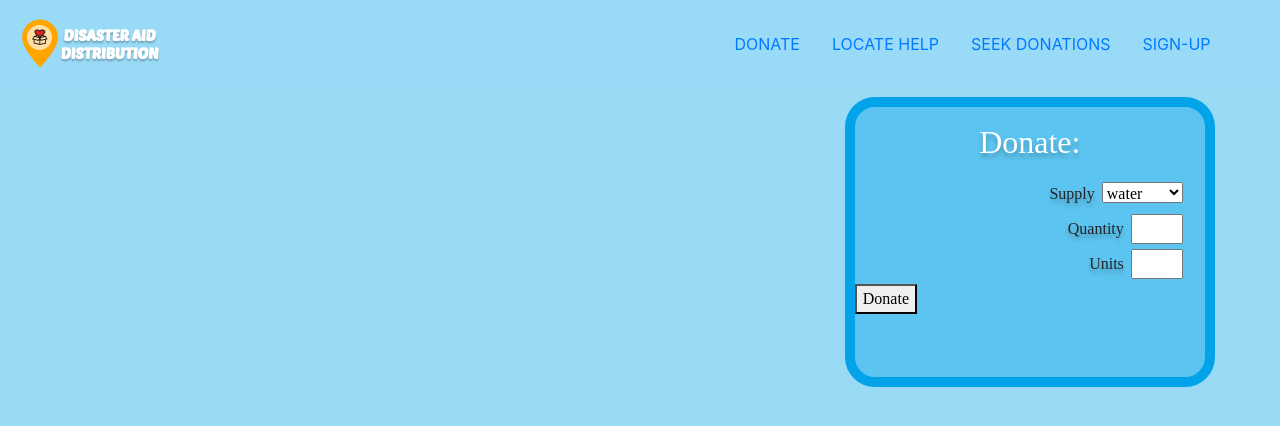
Repository: uprm-inso-4115-2019-2020-S2/semester-project-inso4115-DisasterAid-backend
Page: /donate-modal (app in disaster-aid/)
An editor plug-in stored every save of this project. The page is shown before and after the next save, followed by the edit.
The browser window is 1280 px wide. The pictures show the whole page.
The project was rebuilt for these pictures with package versions that can differ from the ones it lists, and the page was loaded fresh each time. Also part of the build but not shown: disaster-aid/angular.json, disaster-aid/src/app/login/login.component.ts, disaster-aid/src/app/register/register.component.ts, disaster-aid/src/app/home/home.component.ts, disaster-aid/src/app/landing-page/landing-page.component.ts, disaster-aid/src/app/donations/donations.component.ts, disaster-aid/src/app/donations.service.ts.

Above is the page before, as saved 2020-05-08 04:30:40.

### disaster-aid/src/index.html
<!doctype html>
<html lang="en">
<head>
  <meta charset="utf-8">
  <title>DisasterAid</title>
  <base href="/">
  <meta name="viewport" content="width=device-width, initial-scale=1">
  <link rel="icon" type="image/x-icon" href="favicon.ico">
</head>
<body>
  <app-root></app-root>
</body>
</html>

### disaster-aid/src/styles.css
/* You can add global styles to this file, and also import other style files */

html { background-color:rgba(2, 163, 232, 0.4); }

### disaster-aid/src/app/app.module.ts
import { BrowserModule } from '@angular/platform-browser';
import { NgModule } from '@angular/core';
import { FormsModule, ReactiveFormsModule } from '@angular/forms';



import { AppRoutingModule } from './app-routing.module';
import { AppComponent } from './app.component';
import { RegisterComponent } from './register/register.component';
import { LoginComponent } from './login/login.component';
import { HttpClientModule } from '@angular/common/http';
import { HomeComponent } from './home/home.component'
import { UserApiService } from './userapi.service';
import { LandingPageComponent } from './landing-page/landing-page.component';
import { DonationsComponent } from './donations/donations.component';


@NgModule({
  declarations: [
    AppComponent,
    RegisterComponent,
    LoginComponent,
    HomeComponent,
    LandingPageComponent,
    DonationsComponent,
  ],
  imports: [
    BrowserModule,
    AppRoutingModule,
    FormsModule,
    ReactiveFormsModule,
    HttpClientModule
  ],
  providers: [UserApiService],
  bootstrap: [AppComponent]
})
export class AppModule { }

### disaster-aid/src/app/app-routing.module.ts
import { NgModule } from '@angular/core';
import { Routes, RouterModule } from '@angular/router';
import {LoginComponent} from './login/login.component';
import { RegisterComponent } from './register/register.component';
import { HomeComponent } from './home/home.component';
import { LandingPageComponent } from './landing-page/landing-page.component';
import { DonationsComponent } from './donations/donations.component';
import { DonateModalComponent} from './donate-modal/donate-modal.component';


const routes: Routes = [
  { path: '', redirectTo: '/landing_page', pathMatch: 'full'}, //Make home the default landing page
  { path: 'register', component: RegisterComponent},
  { path: 'login', component: LoginComponent },
  { path: 'home', component: HomeComponent},
  { path: 'landing_page', component: LandingPageComponent },
  { path: 'my-donations', component: DonationsComponent },
  { path: 'donate-modal', component: DonateModalComponent},

];

@NgModule({
  imports: [RouterModule.forRoot(routes)],
  exports: [RouterModule]
})
export class AppRoutingModule { }

### disaster-aid/src/app/app.component.ts
import { Component } from '@angular/core';

@Component({
  selector: 'app-root',
  templateUrl: './app.component.html',
  styleUrls: ['./app.component.css']
})
export class AppComponent {
  title = 'disaster-aid';
}

### disaster-aid/src/app/userapi.service.ts
import { Injectable } from '@angular/core';
import { HttpClient, HttpErrorResponse, HttpHeaders } from '@angular/common/http';
import { User } from './user';
import { Observable, throwError } from 'rxjs';
import { catchError } from 'rxjs/operators';


@Injectable({
  providedIn: 'root'
})
export class UserApiService {

  constructor(private httpClient:HttpClient) { }

  private _handleError(error: HttpErrorResponse | any) {
    let data = {};
                data = {
                    reason: error && error.error.reason ? error.error.reason : '',
                    status: error.status
                };
                console.error(data);
                return throwError(error);
  }

    public server:String = " http://localhost:5000/";

   public getUsers() : Observable<User[]> {
     return this.httpClient
     .get<User[]>(this.server + "DAD/users")
     .pipe(catchError (this._handleError));
   }

   public getUser(userID : String): Observable<User> {
    return this.httpClient
    .get<User>(this.server + `DAD/users/${userID}`)
    .pipe(catchError (this._handleError));
  }

  public createUser(user: User): Observable<any> {

    const httpOptions = {
      headers: new HttpHeaders ({
        'Content-Type':'application/json',
        'Accept': 'application/json'
      })
    };
    return this.httpClient
    .post(this.server + "DAD/users", user, httpOptions)
    .pipe(catchError (this._handleError));;
  }


}

### disaster-aid/src/app/donate-modal/donate-modal.component.ts
import { Component, OnInit } from '@angular/core';

@Component({
  selector: 'app-donate-modal',
  templateUrl: './donate-modal.component.html',
  styleUrls: ['./donate-modal.component.css']
})
export class DonateModalComponent implements OnInit {

  constructor() { }

  ngOnInit(): void {
  }

}

### disaster-aid/src/app/donate-modal/donate-modal.component.html
<nav class="navbar navbar-light" style="background-color: rgba(2, 163, 232, 0.4);">
    <a class="navbar-brand mr-1" href="#"><img src="/assets/DAD_logo.png" style="width: 50%;"></a>
    <ul class="nav navbar-justified navbar-right ml-auto" style="margin-right: 3%;">
        <li class="nav-item">
            <a class="nav-link menuItem" routerLink="/my-donations"  >DONATE</a>
        </li>
        <li class="nav-item">
            <a class="nav-link menuItem"  href="#">LOCATE HELP</a>
        </li>
        <li class="nav-item">
            <a class="nav-link menuItem" href="#">SEEK DONATIONS</a>
        </li>
        <li class="nav-item">
            <a class="nav-link menuItem"  routerLink="/register" routerLinkActive="active">SIGN-UP</a>
        </li>
    </ul>
</nav>

<div class="donateBox">
    <p style="font-size: xx-large; text-align: center; padding-top: 3%; color: white;">Donate:</p>
    <!-- <form [formGroup]="loginForm" (ngSubmit)="onSubmit(loginForm.value)"> -->
        <div style="text-align: right; padding-right: 22px;">
            <div>
                <label for="Supply" style="padding-right: 7px;">Supply</label>
                <select id="supply" name="supply">
                    <option value="water">water</option>
                    <option value="food">food</option>
                    <option value="medicine">medicine</option>
                    <option value="clothing">clothing</option>

                </select>
            </div>
            <div>
                <label for="quantity" style="padding-right: 7px;">Quantity</label>
                <input type="number" id="quantity" name="quantity" min="1" max="5">
            </div>
            <div>
                <label for="units" style="padding-right: 7px;">Units</label>
                <input type="number" id="quantity" name="quantity" min="1" max="5">
            </div>
        </div>

        <div style="donateBox">
            <button class="button" type="submit">Donate</button>
        </div>
    <!-- </form> -->

    <!-- <div style="text-align: center; padding-top: 5px; font-size: large;">
        <label style="color: white; padding-right: 5px;">Don't have an account?</label>
        <a routerLink="/register" routerLinkActive="active" style="color:#FFBC40 ;">Sign up</a>
    </div> -->

</div>

### disaster-aid/src/app/donate-modal/donate-modal.component.css
.donateBox {
    position: absolute;
    width: 370px;
    height: 290px;
    left: 66%;
    top: 97px;
    background: rgba(2, 163, 232, 0.4);
    border: 10px solid #02A3E8;
    border-radius: 30px;
    font-family: 'Fredoka One', cursive;
    font-family: 'Gochi Hand', cursive;
    text-shadow: 0px 4px 4px rgba(0, 0, 0, 0.25);
}

.donateButton{
    text-align: center;
    padding-top: 7px;
}

Loaded but not shown: disaster-aid/src/main.ts (common file); disaster-aid/src/environments/environment.ts (common file); disaster-aid/src/app/app.component.html (common file); disaster-aid/src/app/app.component.css (no stored copy; drawn as an empty file)

After the next save:
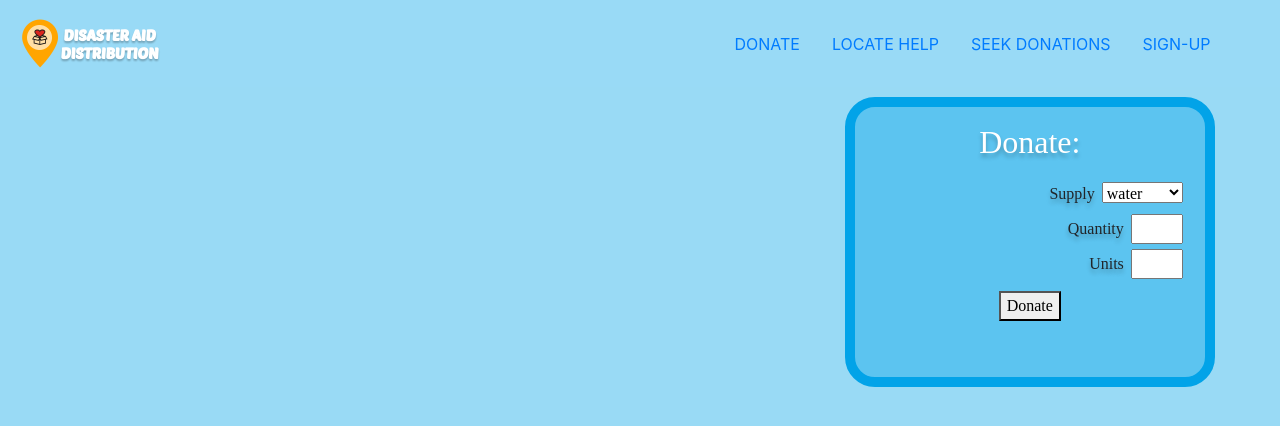
Saved 17 s later.
--- a/disaster-aid/src/app/donate-modal/donate-modal.component.html
+++ b/disaster-aid/src/app/donate-modal/donate-modal.component.html
@@ -40,7 +40,7 @@
             </div>
         </div>
 
-        <div style="donateBox">
+        <div class="donateButton">
             <button class="button" type="submit">Donate</button>
         </div>
     <!-- </form> -->
